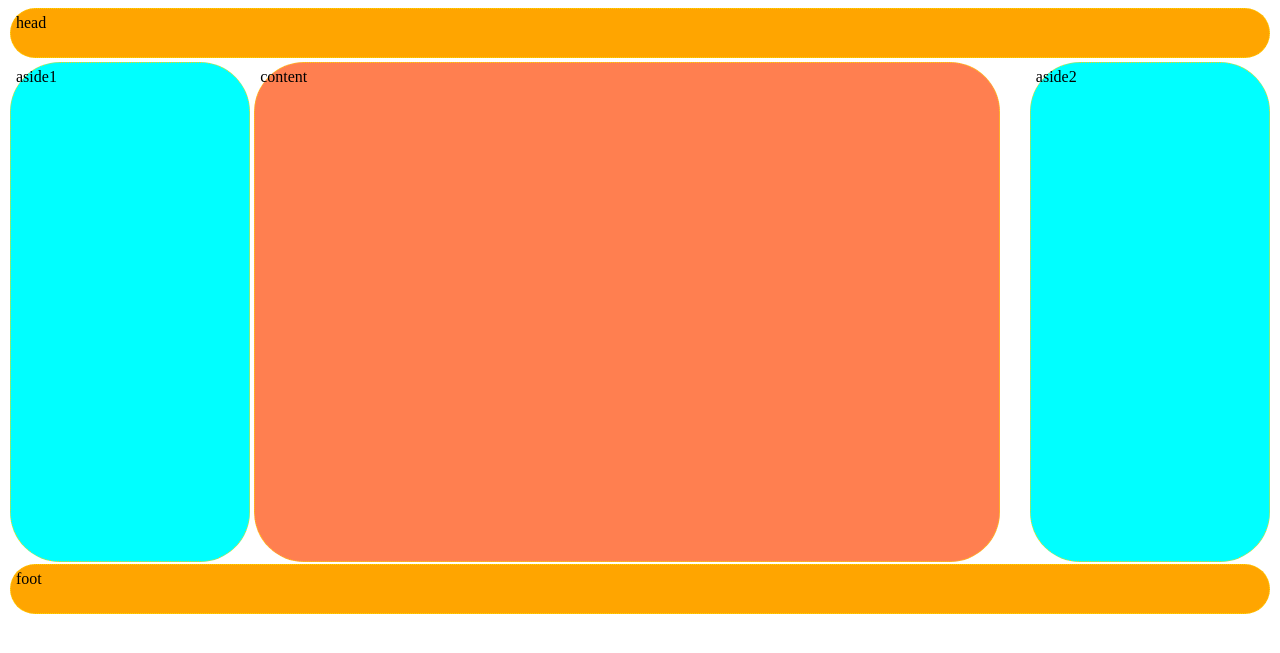
Repository: seonyeob94/BasicWeb
Page: webpro/src/main/webapp/0313/레이아웃_div.html
An editor plug-in stored every save of this project. The page is shown before and after the next save, followed by the edit.
The browser window is 1280 px wide. The pictures show the whole page.

Above is the page before, as saved 2025-03-13 00:42:33.

### webpro/src/main/webapp/0313/레이아웃_div.html
<!DOCTYPE html>
<html>
<head>
<meta charset="UTF-8">
<title>Insert title here</title>
<style type="text/css">
div{
  border: 1px dotted gold;
  margin: 2px;
  padding: 5px;
  box-sizing: border-box;
  border-radius: 50px;
}
#head,#foot{
  height: 50px;
  background: orange;
}
#aside1,#aside2,#content{
  height: 500px;
}
#aside1,#aside2{
  width: 19%;
  background: cyan;
}
#aside1{
  float: left;
}
#aside2{
  float: right;
}
#content{
  width: calc(60% - 1%);
  background: coral;
  float: left;
}
#foot{
  clear: both;
}
</style>

</head>
<body>
<div id="head">head</div>

<div id="aside1">aside1</div>
<div id="content">content</div>
<div id="aside2">aside2</div>

<div id="foot">foot</div>
</body>
</html>

After the next save:
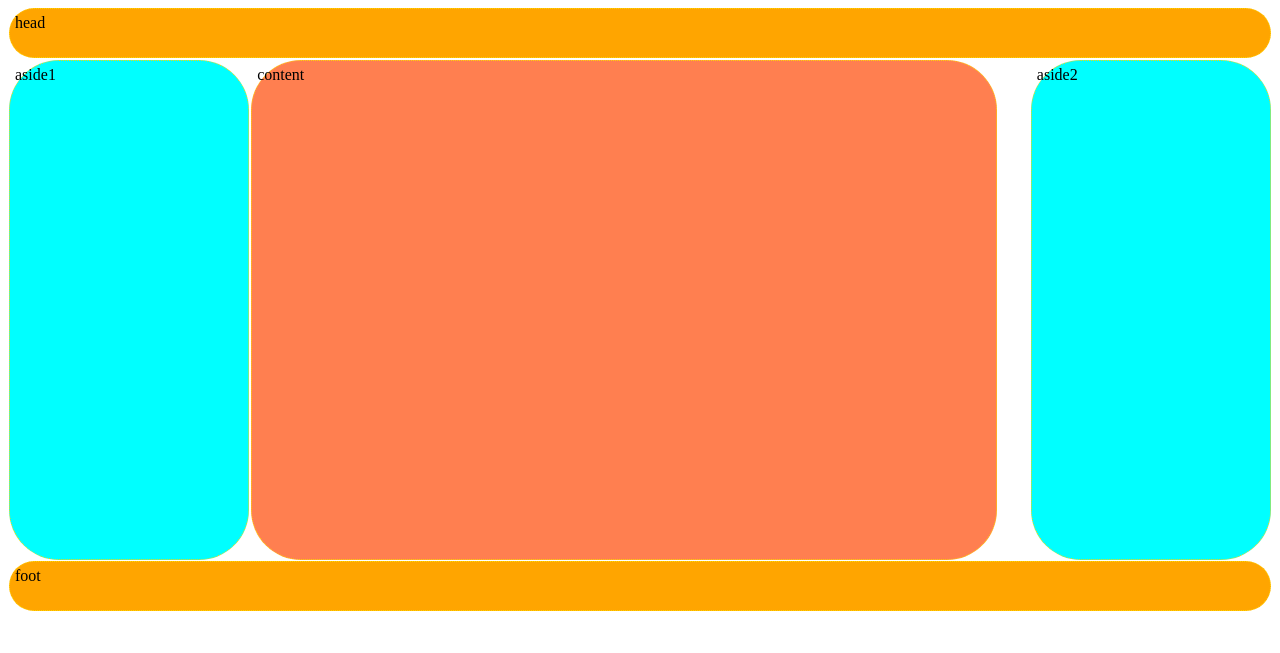
Saved 55 s later.
--- a/webpro/src/main/webapp/0313/레이아웃_div.html
+++ b/webpro/src/main/webapp/0313/레이아웃_div.html
@@ -6,7 +6,7 @@
 <style type="text/css">
 div{
   border: 1px dotted gold;
-  margin: 2px;
+  margin: 1px;
   padding: 5px;
   box-sizing: border-box;
   border-radius: 50px;
